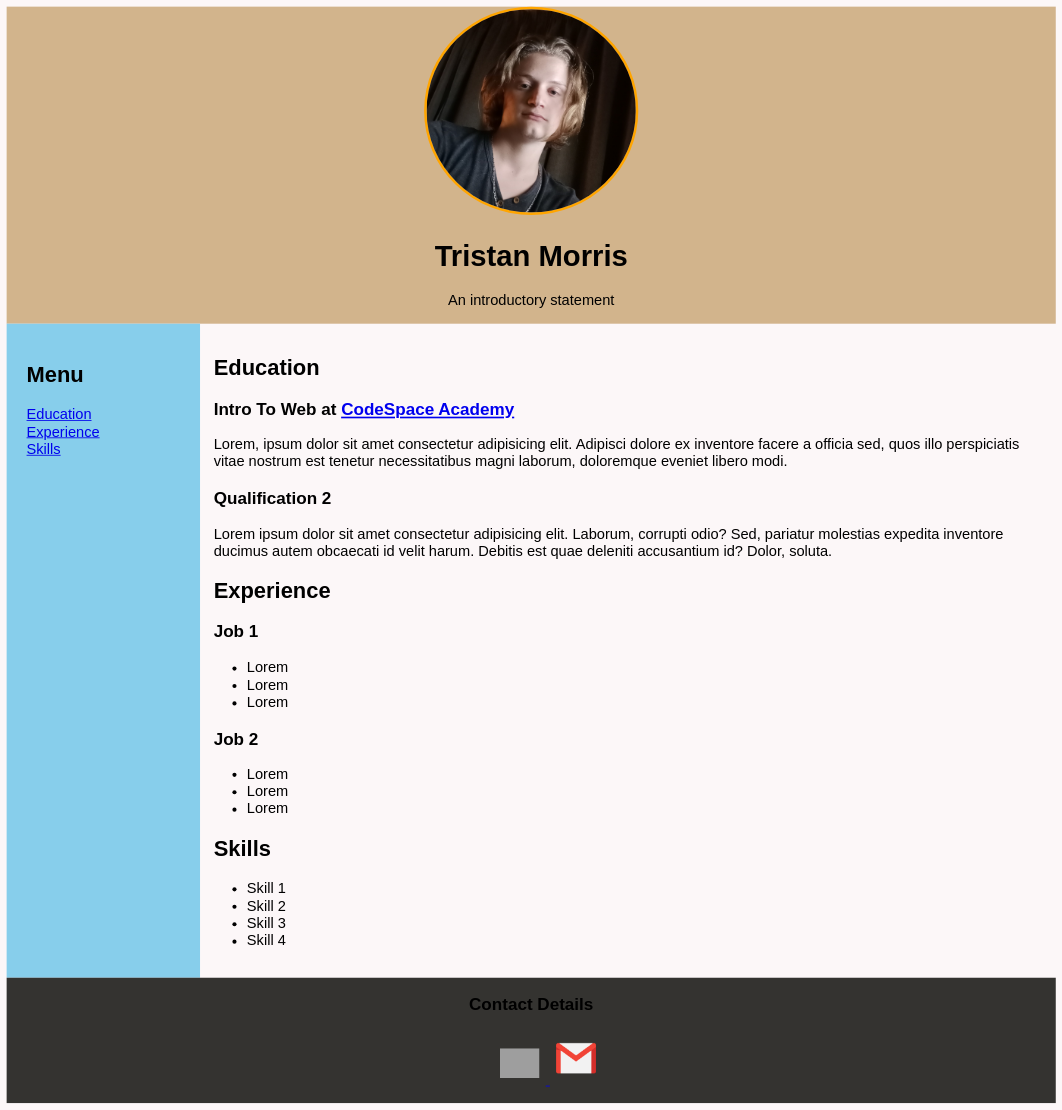
Repository: TristanKMorris/introToWebDesignAssignment
Page: resume1.html
The author's editor kept a copy of each file at every save. The page is drawn from the files as they stood at one save, then again after a run of saves.
The browser window is 1280 px wide. The pictures show the whole page, at 83% of full size.
Pictures or frames that could not be fetched are drawn as grey boxes.

Above is the page before, as saved 2022-06-02 20:07:10.

### resume1.html

<!DOCTYPE html>
<html
  <head>
    <title>My first web page</title>

    <link rel="stylesheet" type="text/css" href="css/stylesheet.css">
  </head>

  <body>

  <header id="heading">
        <img src="images/tristanPortrait.jpg"
        alt="Tristan Morris Portrait"
        id="profilePhoto"/>
        <h1>Tristan Morris</h1>
        <p>An introductory statement</p>

  </header>

<main class="main">

     <div id="sidebar">
  <nav>

    <h2>Menu</h2>

    <ul class="navMenu">
      <li><a href="#education">Education</a></li>
      <li><a href="#experience">Experience</a></li>
      <li><a href="#skills">Skills</a></li>
    </ul>
  </nav>

  </div>

  <div class="content">

    <h2 id="education">Education</h2>
    <h3>
      Intro To Web at <a href="http://codespace.co.za/">CodeSpace Academy</a>
    </h3>
    <p>
      Lorem, ipsum dolor sit amet consectetur adipisicing elit. Adipisci dolore
      ex inventore facere a officia sed, quos illo perspiciatis vitae nostrum
      est tenetur necessitatibus magni laborum, doloremque eveniet libero modi.
    </p>
    <h3>Qualification 2</h3>
    <p>
      Lorem ipsum dolor sit amet consectetur adipisicing elit. Laborum, corrupti
      odio? Sed, pariatur molestias expedita inventore ducimus autem obcaecati
      id velit harum. Debitis est quae deleniti accusantium id? Dolor, soluta.
    </p>
    <h2 id="experience">Experience</h2>
    <h3>Job 1</h3>
    <ul>
      <li>Lorem</li>
      <li>Lorem</li>
      <li>Lorem</li>
    </ul>
    <h3>Job 2</h3>
    <ul>
      <li>Lorem</li>
      <li>Lorem</li>
      <li>Lorem</li>
    </ul>
    <h2 id="skills">Skills</h2>
    <ul>
      <li>Skill 1</li>
      <li>Skill 2</li>
      <li>Skill 3</li>
      <li>Skill 4</li>
    </ul>

    </div>
</main>

<footer>

      <h3>Contact Details</h3>
      <ul>
         <a href="http://www.instagram.com/tristan_k_morris">
           <img class="icons" src="images/instagramIcon.png" alt="Tristan Morris Instagram">

         </a>
         <a href="http://mail.google.com">
           <img class="icons" src="images/gmailIcon.png" alt="Tristan Morris Email">
         </a>
      </ul>

    </footer>


  </body>
</html>

### css/stylesheet.css
body{
  font-family: sans-serif;
  font-size:110%;
  background-color: #FCF7F8;
  display: flex;
  flex-direction: column;
}

.main{
  display: flex;
  flex-direction: row;
  overflow: unset;
}

#profilePhoto{
  width: 20%;
  height: 20%;
  border-radius: 50%;
  border: 3px solid orange;
}

header {
  text-align: center;
  justify-content: center;
}
#heading{
  font-family: sans-serif;
  font: size 110%;
  background-color: tan;
}

footer {
  background-color: #343330;
  text-align: center;
}
#sidebar{
  width: 25%;
  background-color: skyblue;
  padding: 1.5rem;
  color: black;
}
.navMenu{
  list-style-type: none;
  padding: 0%;
}

.icons{
  width: 3rem;
  margin: 0.5rem;
  height: auto;
}

.content{
  width: auto;
  margin: 1rem;
}

After the next 2 saves:
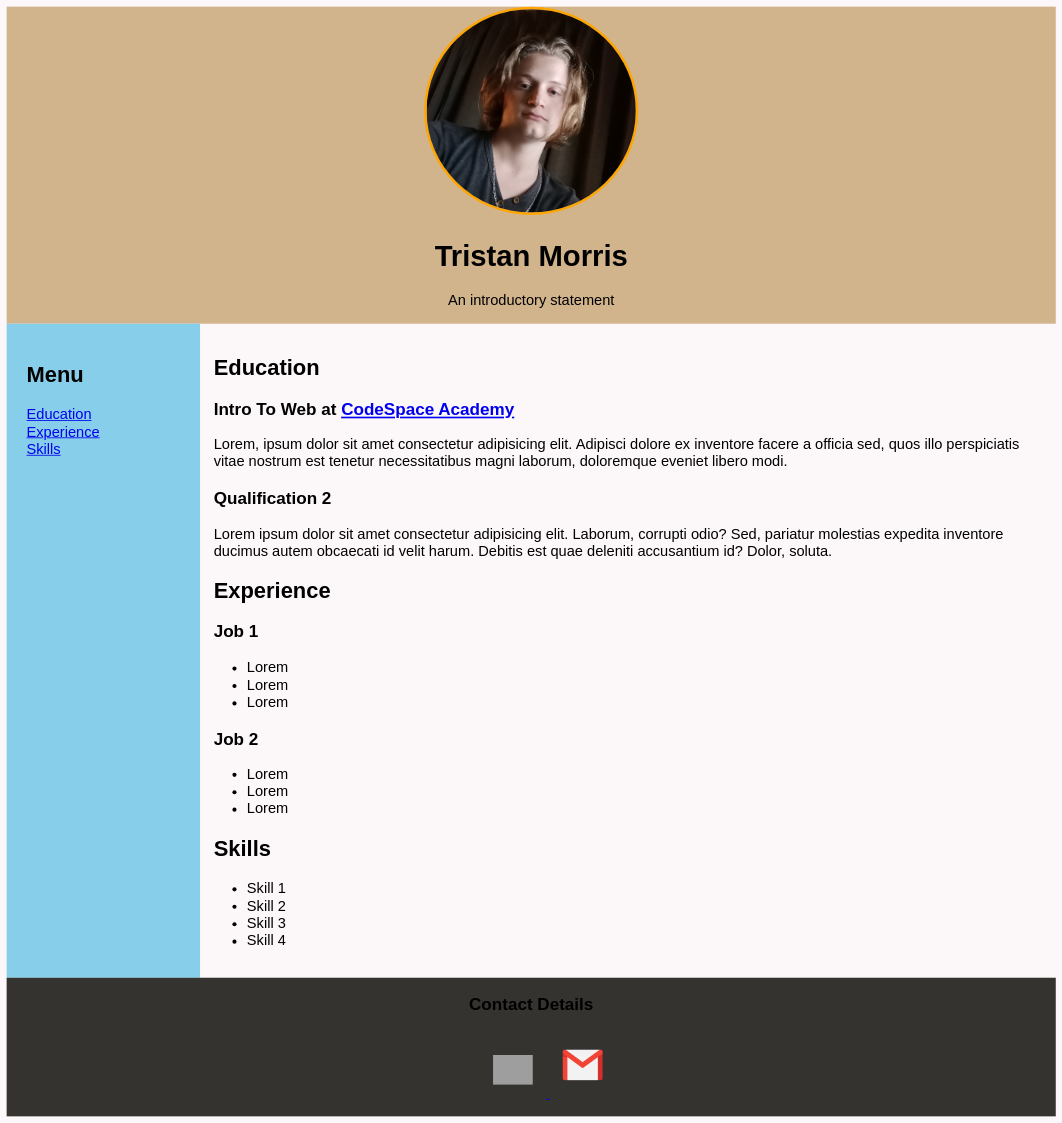
The 2 saves are shown as one change because they came seconds apart.
The last was saved 16 s later.
--- a/css/stylesheet.css
+++ b/css/stylesheet.css
@@ -46,7 +46,7 @@
 
 .icons{
   width: 3rem;
-  margin: 0.5rem;
+  margin: 1rem;
   height: auto;
 }
 

After the save that followed:
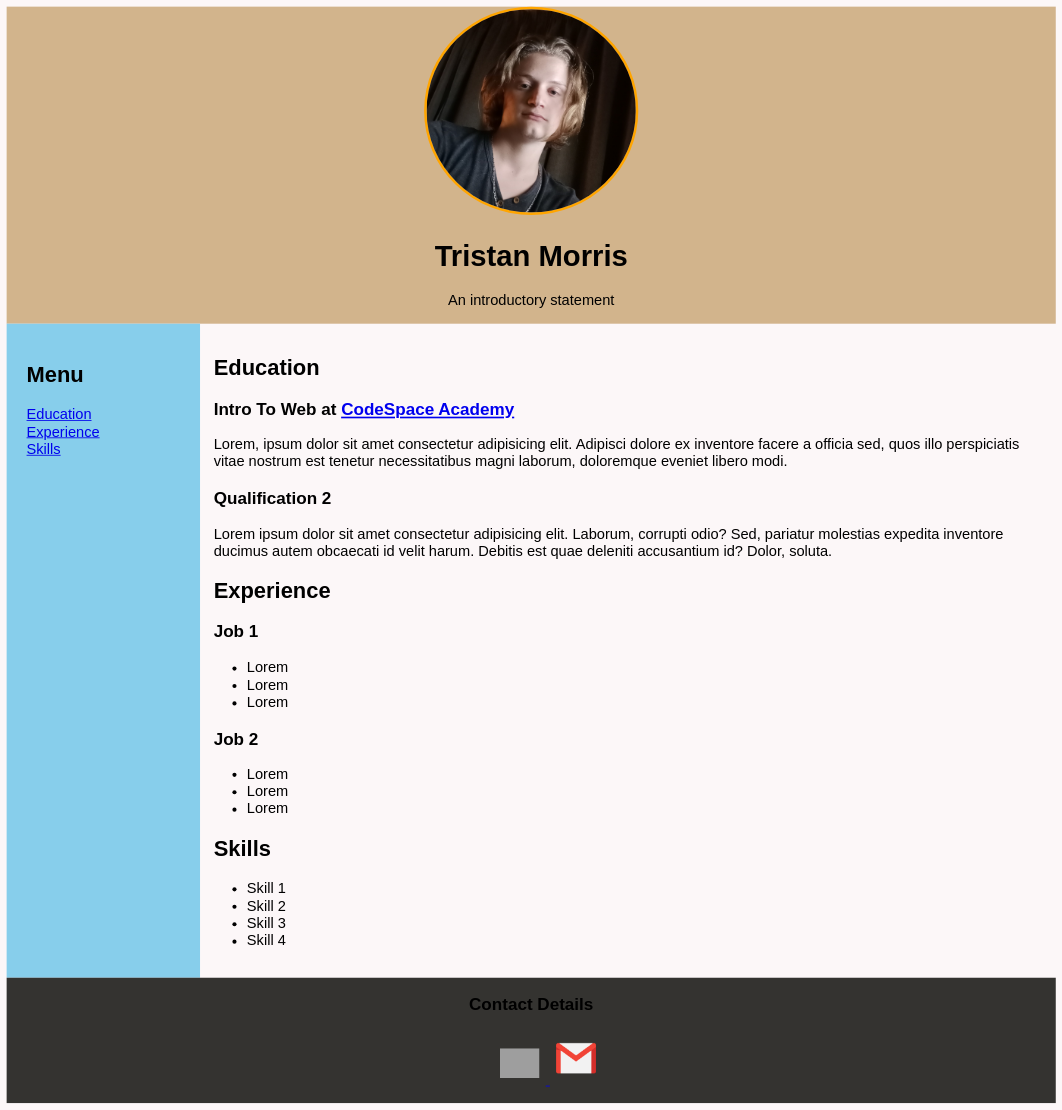
Saved 26 s later.
--- a/css/stylesheet.css
+++ b/css/stylesheet.css
@@ -46,11 +46,12 @@
 
 .icons{
   width: 3rem;
-  margin: 1rem;
+  margin: 0.5rem;
   height: auto;
 }
 
 .content{
   width: auto;
   margin: 1rem;
+  height: auto;
 }
